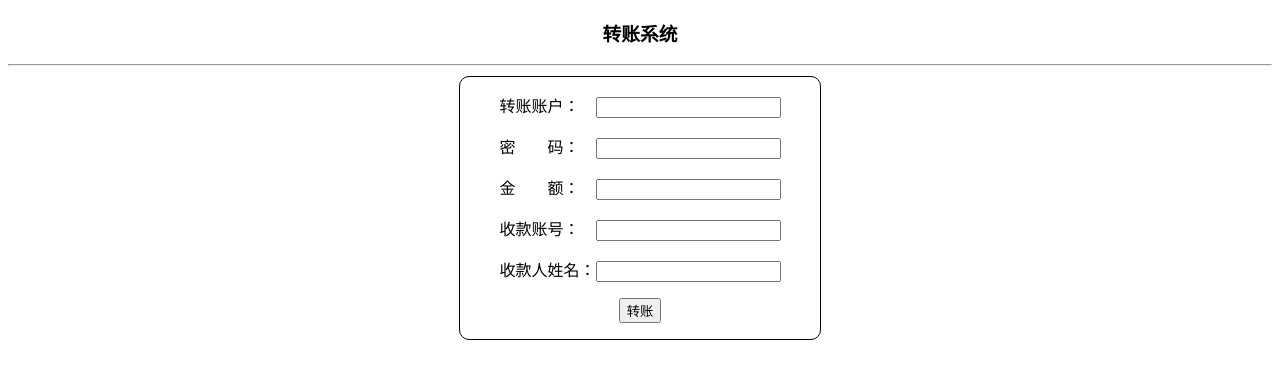
Repository: 99708/java_EE
Page: http://localhost/ssm_bank/
An editor plug-in stored every save of this project. The page is shown before and after the next save, followed by the edit.
The browser window is 1280 px wide. The pictures show the whole page.
The page is served by Tomcat 9.

Above is the page before, as saved 2018-11-16 13:45:23.

After the next save:
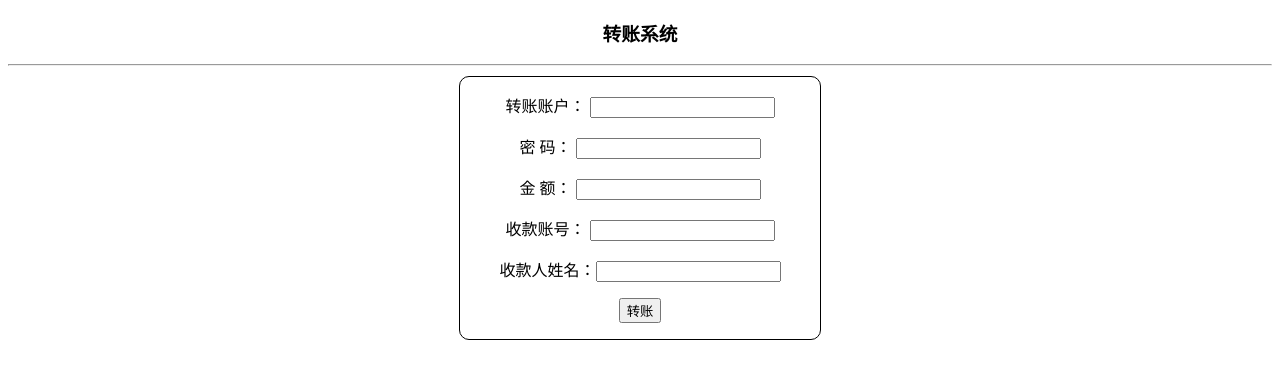
Saved 4 min 1 s later.
--- a/ssm_bank/WebContent/index.jsp
+++ b/ssm_bank/WebContent/index.jsp
@@ -14,12 +14,29 @@
 		border: 1px solid #000; margin: auto; border-radius: 10px;
 		margin-top: 10px;">
 		<form action="moneyServlet.servlet" method="post">
-			<p>转账账户：　<input id="aid" name="aid" type="text" value=""/><span id="aidSpan"></span><br /></p>
-			<p>密　　码：　<input id="apwd" name="apwd" type="text" value=""/><span id="apwdSpan"></span><br /></p>
-			<p>金　　额：　<input id="money" name="money" type="text" value=""/><span id="moneySpan"></span><br /></p>
-			<p>收款账号：　<input id="inId" name="inId" type="text" value=""/><span id="inIdSpan"></span><br /></p>
-			<p>收款人姓名：<input id="aname" name="aname" type="text" value=""/><span id="anameSpan"></span><br /></p>
-			<p><input type="submit" value="转账"/></p>
+			<p>
+				转账账户： <input id="aid" name="aid" type="text" value="" />
+				<span id="aidSpan"></span> <br />
+			</p>
+			<p>
+				密 码： <input id="apwd" name="apwd" type="text" value="" />
+				<span id="apwdSpan"></span><br />
+			</p>
+			<p>
+				金 额： <input id="money" name="money" type="text" value="" />
+				<span id="moneySpan"></span><br />
+			</p>
+			<p>
+				收款账号： <input id="inId" name="inId" type="text" value="" />
+				<span id="inIdSpan"></span><br />
+			</p>
+			<p>
+				收款人姓名：<input id="aname" name="aname" type="text" value="" />
+				<span id="anameSpan"></span><br />
+			</p>
+			<p>
+				<input type="submit" value="转账" />
+			</p>
 		</form>
 	</div>
 	<script type="text/javascript">
